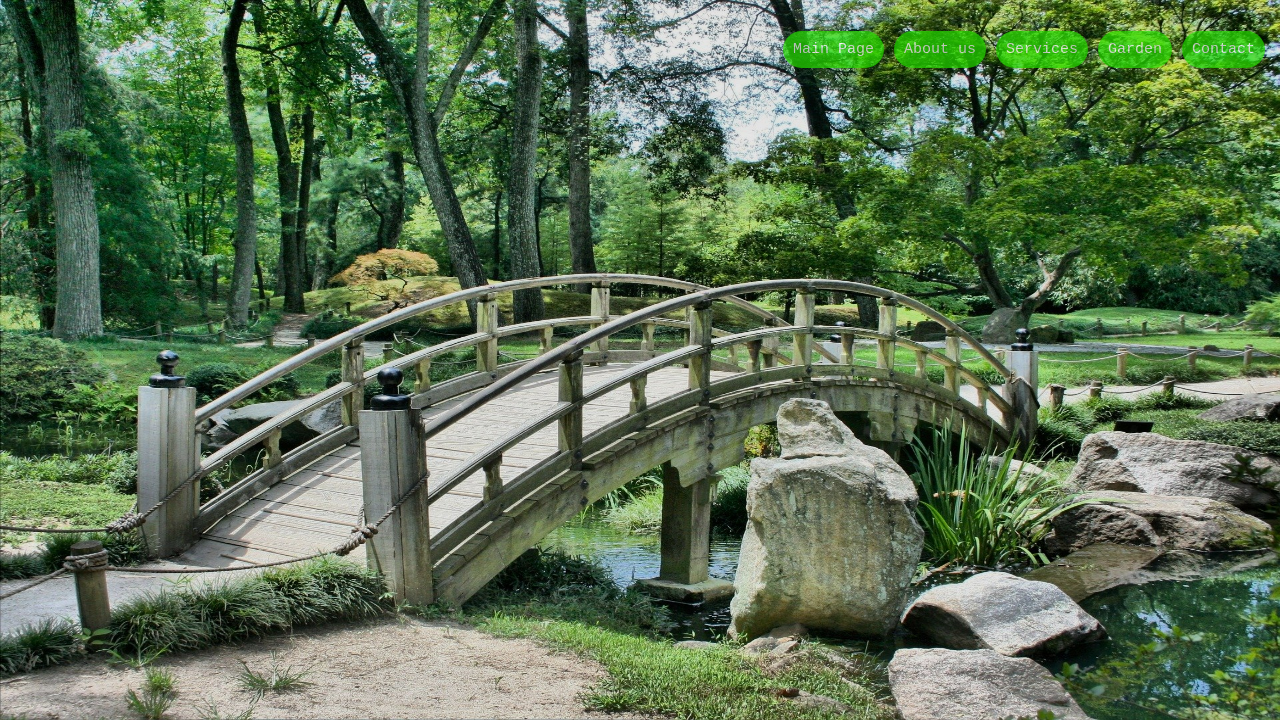
Repository: PatryxB/garden
Page: http://localhost/
An editor plug-in stored every save of this project. The page is shown before and after the next save, followed by the edit.
The browser window is 1280 px wide. The pictures show the whole page.
Some web fonts or font styles are not loaded; a fallback is used. The page is served by the project's Laravel application, run on PHP 8.4 with Laravel 8. Style sheets and scripts are compiled from the project's sources, by tool versions that may differ from the author's.

Above is the page before, as saved 2020-05-01 21:09:25.

After the next save:
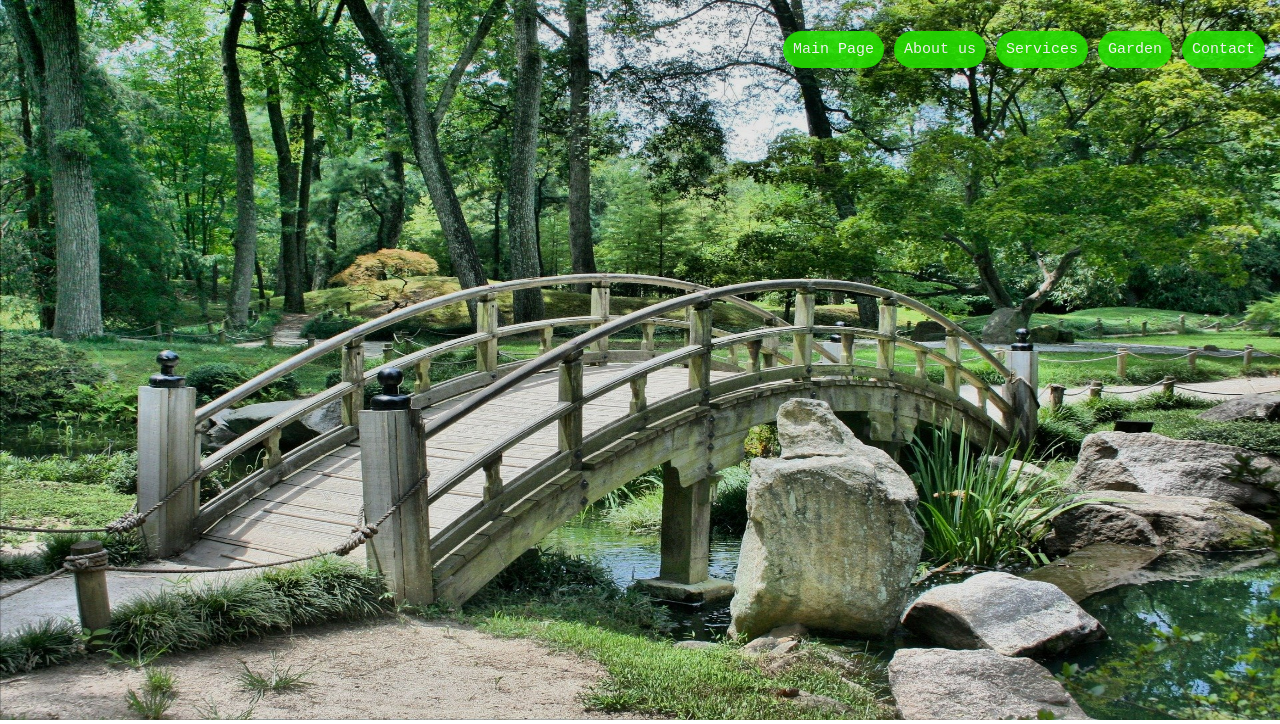
Saved 7 s later.
--- a/resources/sass/app.scss
+++ b/resources/sass/app.scss
@@ -25,7 +25,7 @@ nav ul li a{
     padding: 10px;
     margin-left: 10px;
     border-radius: 25px;
-    opacity: .7;
+    opacity: .9;
 }
 li{
     list-style: none;
